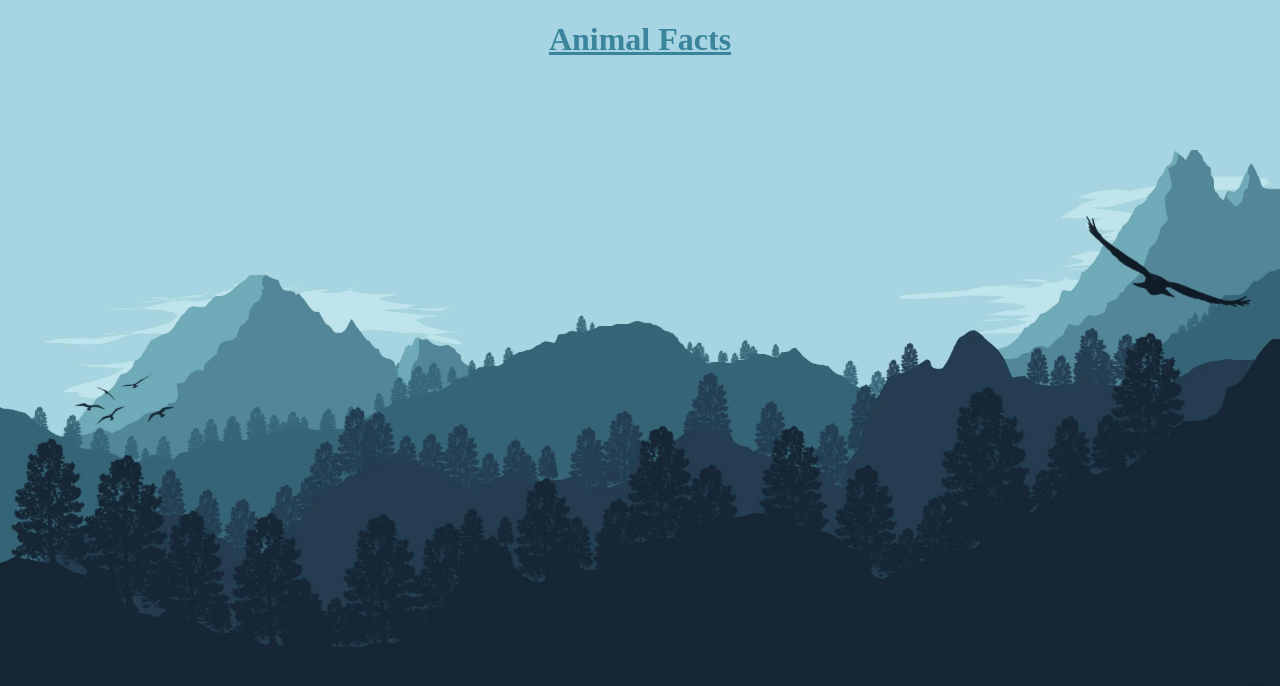
Repository: PixelPasta/Animal-Directory
Page: http://localhost/
These files come from the project's save history. The page is drawn as it stood at one moment and after the next save; the edit follows.
The browser window is 1280 px wide. The pictures show the whole page.
The page is served by the project's Node server (index.js).

Above is the page before, as saved 2022-04-16 22:01:29.

### views/index.ejs
<!DOCTYPE html>
<html lang="en">
<head>
    <meta charset="UTF-8">
    <meta http-equiv="X-UA-Compatible" content="IE=edge">
    <meta name="viewport" content="width=device-width, initial-scale=1.0">
    <title>Document</title>
    <style>
    body{background-image: url('./wallpaper.png');
background-size: cover;
background-repeat: no-repeat;
}
    </style>
</head>
<body>
   <h1> <h1 style="font-family: fantasy; color: rgb(58, 133, 156);text-align: center;text-decoration: underline;">Animal Facts</h1> </h1>
</body>
</html>

### index.js
const express = require('express')
const app = express()
const port = process.env.PORT || 5600

app.set('view engine', 'ejs')
app.listen(port, () => {
    console.log(`Listening to ${port}`)
})

app.get('/', async (req, res) => {
    return res.render('index')
})

app.get('/wallpaper.png', async (req, res) => {
    return res.sendFile(__dirname+'/walpaper.png')
})

app.get('/Cat_Facts.png', async (req, res) => {
    return res.sendFile(__dirname+'/assets/Cat_Facts.png')
})

After the next save:
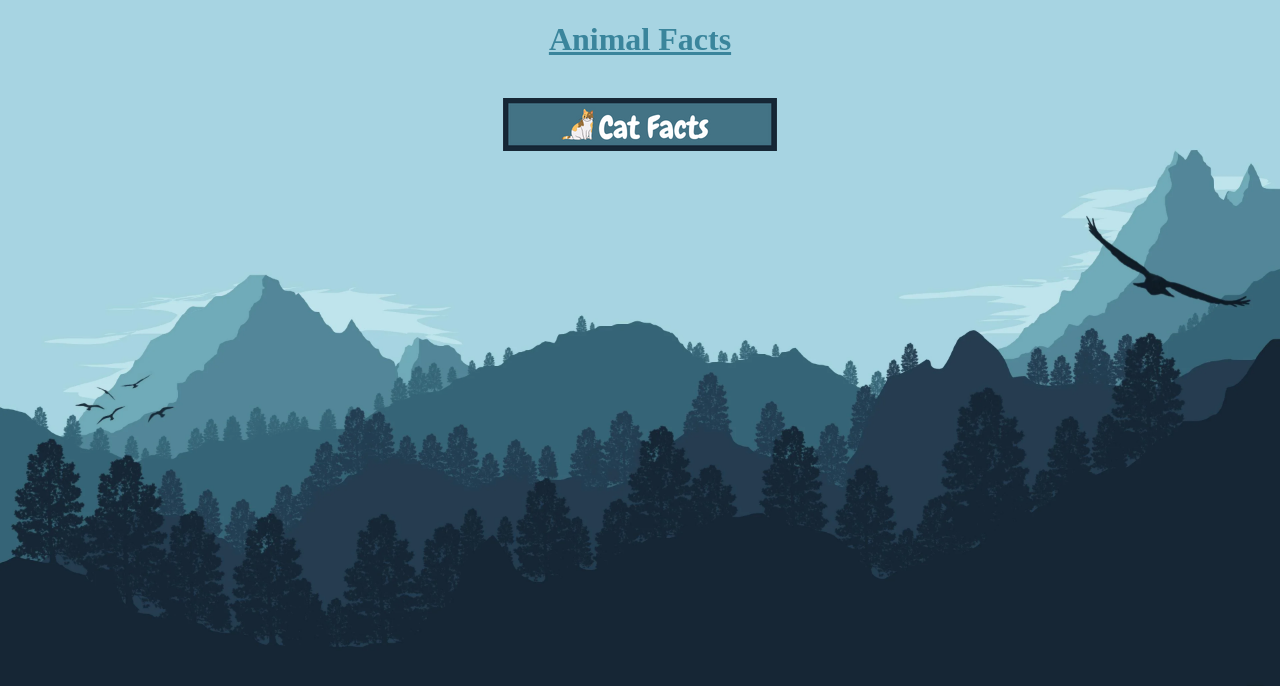
Saved 24 s later.
--- a/views/index.ejs
+++ b/views/index.ejs
@@ -14,5 +14,8 @@
 </head>
 <body>
    <h1> <h1 style="font-family: fantasy; color: rgb(58, 133, 156);text-align: center;text-decoration: underline;">Animal Facts</h1> </h1>
+   <br>
+   <center>
+       <img src="Cat_Facts.png">
 </body>
 </html>
